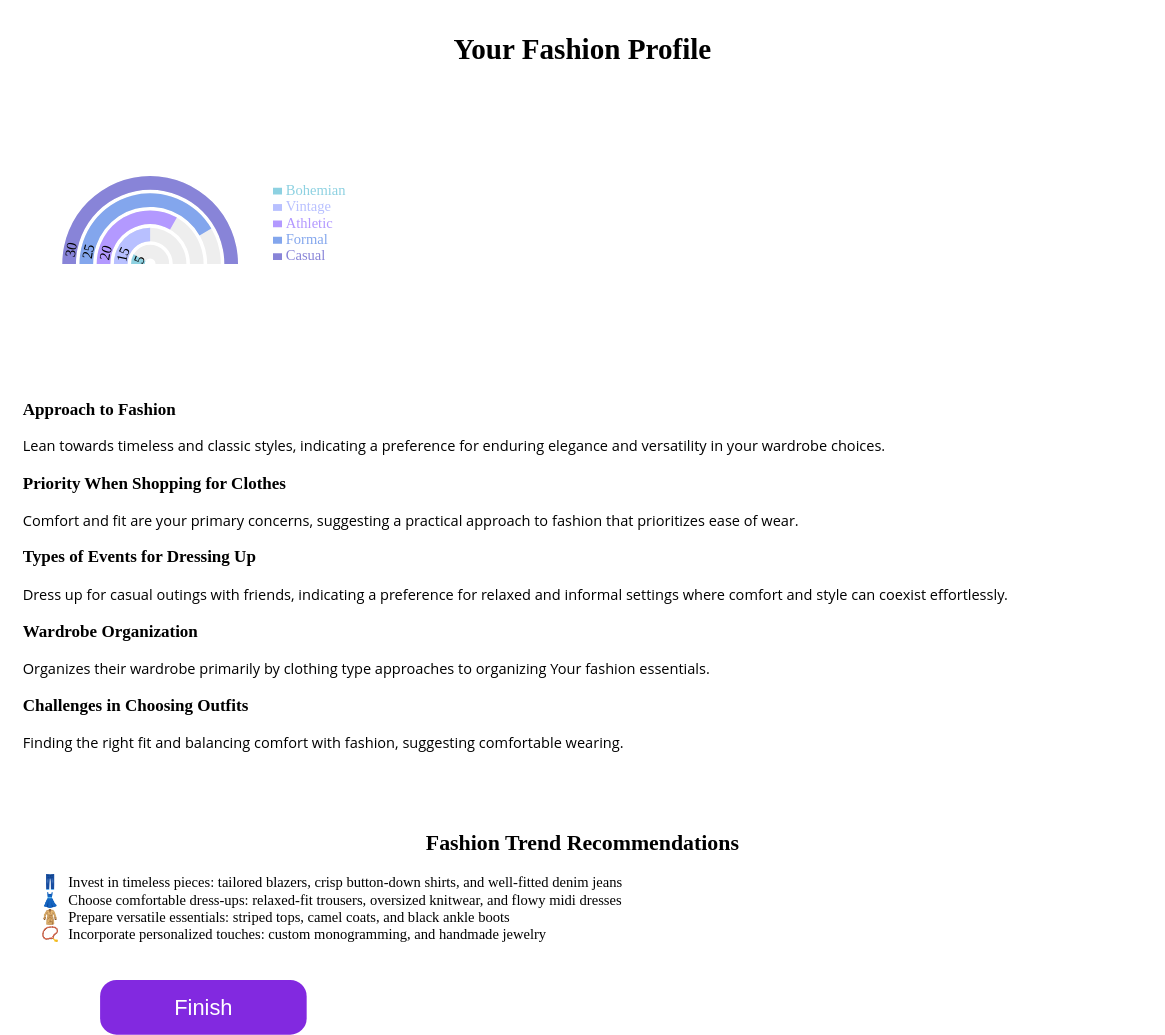
Repository: navnneett/clotho
Page: /QuizQuestions/Chart
These files come from the project's save history. The page is drawn as it stood at one moment and after the next save; the edit follows.
The browser window is 1280 px wide. The pictures show the whole page, at 91% of full size.
The project was rebuilt for these pictures with package versions that can differ from the ones it lists, and the page was loaded fresh each time. The framework's server and built-in components were replaced by stand-ins that run in the browser. Also part of the build but not shown: next.config.js, next.config.mjs.

Above is the page before, as saved 2024-04-07 11:08:54.

After the next save:
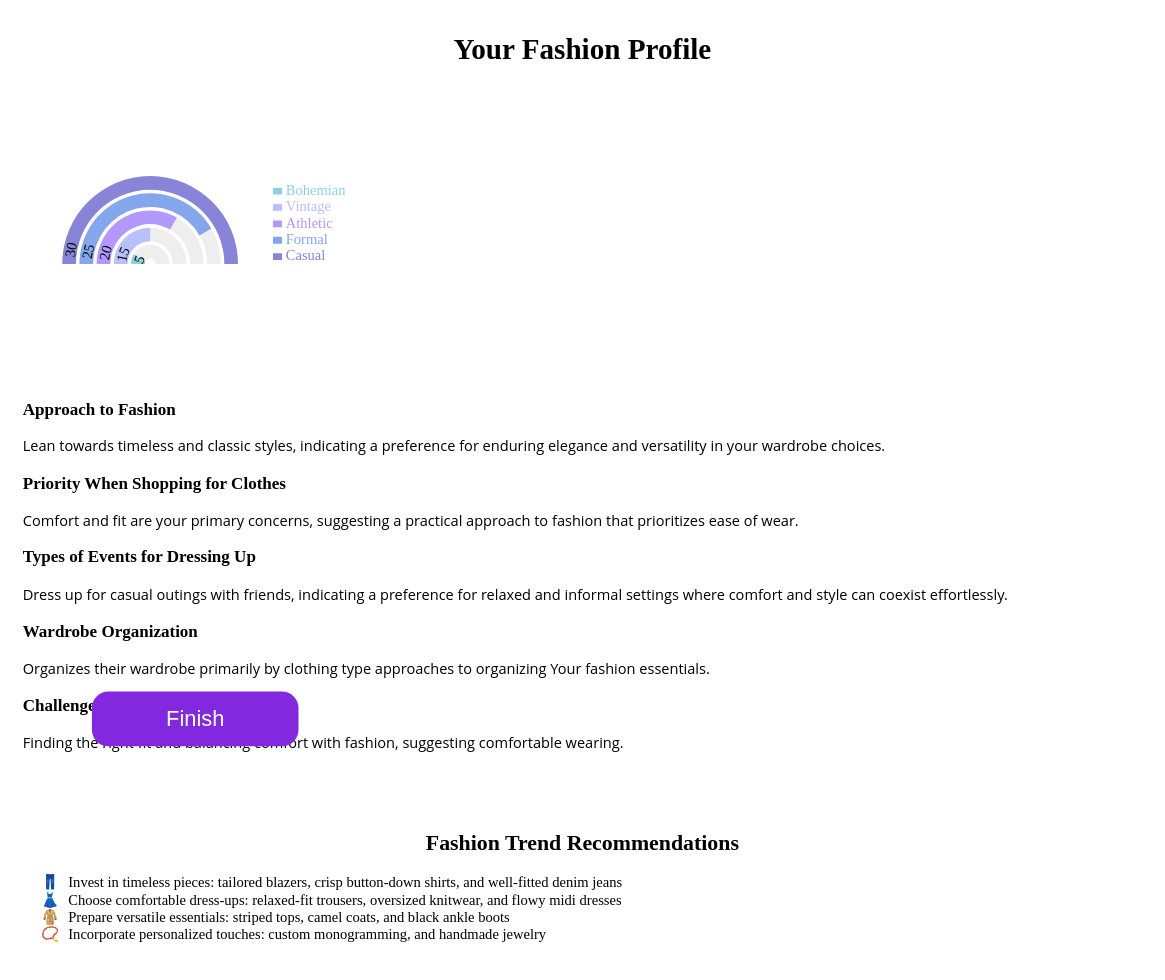
Saved 113 s later.
--- a/styles/Chart.module.css
+++ b/styles/Chart.module.css
@@ -42,5 +42,7 @@
 }
 
 .buttonPosition {
-    padding-left: 110px;
+    position: absolute;
+    bottom: calc(100vh - 820px);
+    left: 101px;
 }
